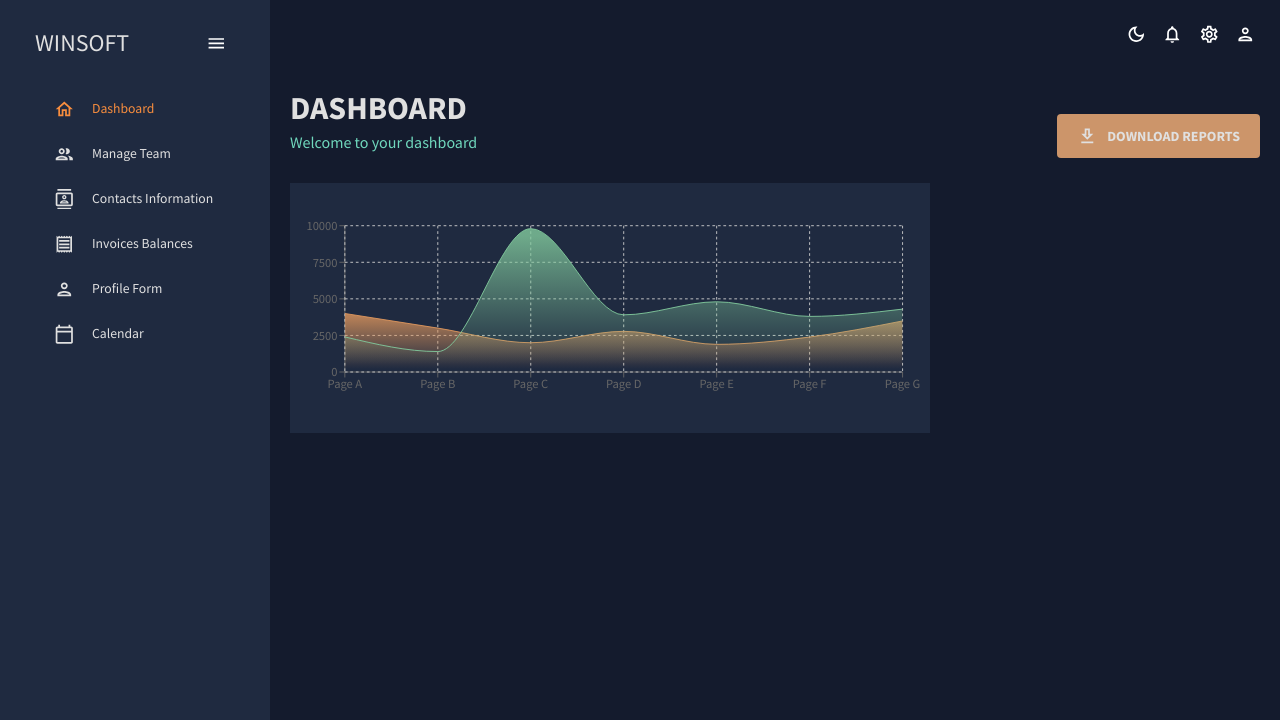
Repository: thamaraiselvan315731/winssoft
Page: /
An editor plug-in stored every save of this project. The page is shown before and after the next save, followed by the edit.
The browser window is 1280 px wide. The pictures show the whole page.
The project was rebuilt for these pictures with package versions that can differ from the ones it lists, and the page was loaded fresh each time. Also part of the build but not shown: src/pages/team/index.jsx, src/pages/invoices/index.jsx, src/pages/contacts/index.jsx, src/pages/form/index.jsx, src/components/LineChart.jsx, src/data/mockGeoFeatures.js, src/components/GeographyChart.jsx, src/components/BarChart.jsx and 4 more.

Above is the page before, as saved 2022-12-01 11:05:43.

After the next save:
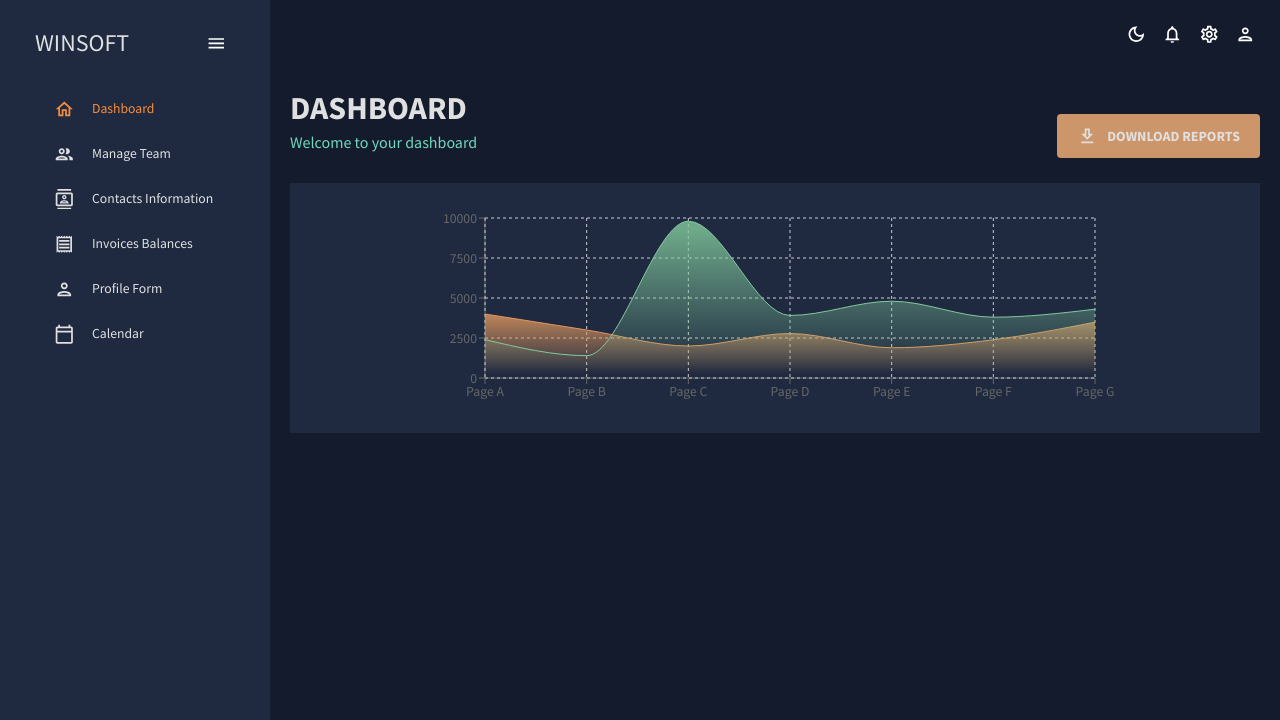
Saved 69 s later.
--- a/src/pages/dashboard/index.jsx
+++ b/src/pages/dashboard/index.jsx
@@ -44,7 +44,7 @@ const Dashboard = () => {
       {/* GRID & CHARTS */}
       <Box
         display="grid"
-        gridTemplateColumns="repeat(12, 1fr)"
+        gridTemplateColumns="repeat(3, 1fr)"
         gridAutoRows="250px"
         gap="20px"
       >
